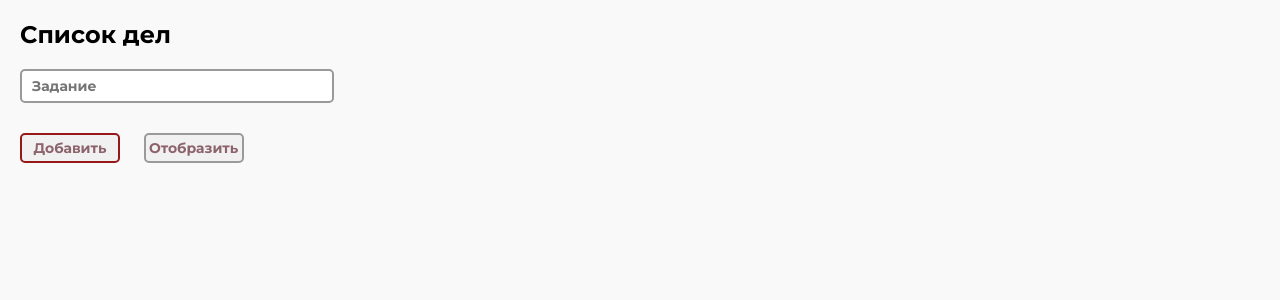
Repository: andbaik/it_unit9
Page: index.html
An editor plug-in stored every save of this project. The page is shown before and after the next save, followed by the edit.
The browser window is 1280 px wide. The pictures show the whole page.
The pointer rests on the first visible `.btn`.

Above is the page before, as saved 2021-04-10 19:36:25.

After the next save:
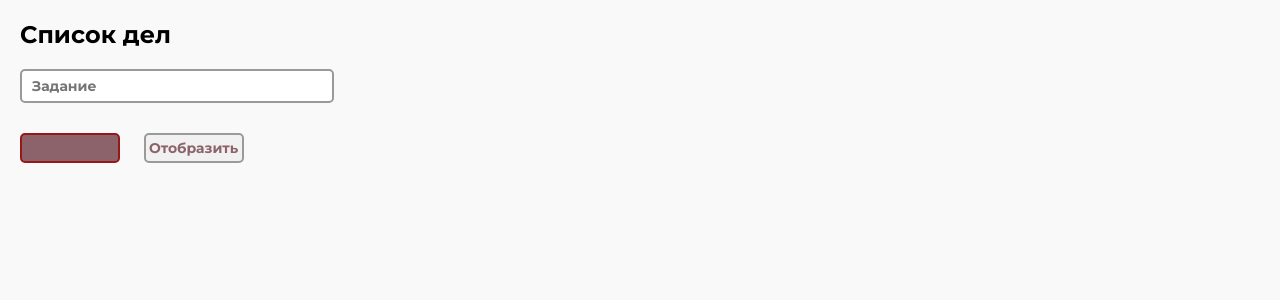
Saved 9 s later.
--- a/css/style.css
+++ b/css/style.css
@@ -50,7 +50,8 @@ section .btn-block{
 }
 .btn:hover {
     border-color: rgb(151, 24, 24);
-    background-color: ;
+    background-color: #8C636B;
+    color:
 }
 
 .show-task{
